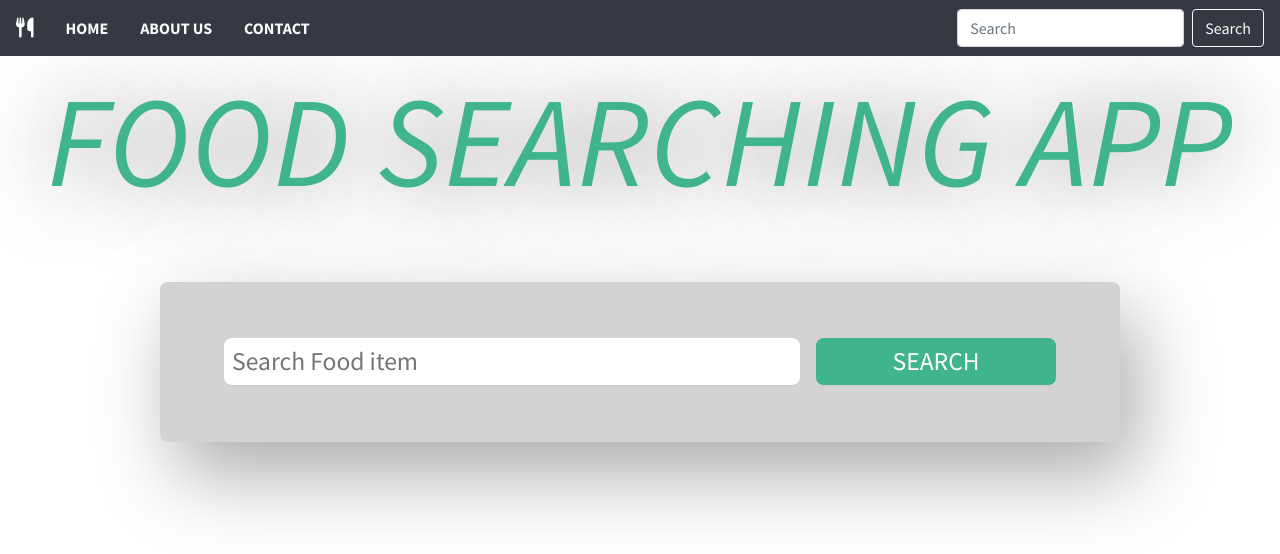
Repository: priyavmehta/React-Food-Recipe-App
Page: /
These files come from the project's save history. The page is drawn as it stood at one moment and after the next save; the edit follows.
The browser window is 1280 px wide. The pictures show the whole page.
Some web libraries are served in a nearby version. The project was rebuilt for these pictures with package versions that can differ from the ones it lists, and the page was loaded fresh each time. Also part of the build but not shown: src/Components/RecipeDetails.js, src/Components/Recipe.js, src/Components/Alert.js.

Above is the page before, as saved 2020-07-11 22:39:33.

### public/index.html
<!DOCTYPE html>
<html lang="en">
  <head>
    <meta charset="utf-8" />
    <link rel="icon" href="%PUBLIC_URL%/favicon.ico" />
    <meta name="viewport" content="width=device-width, initial-scale=1" />
    <meta name="theme-color" content="#000000" />
    <meta
      name="description"
      content="Web site created using create-react-app"
    />
    <link rel="apple-touch-icon" href="%PUBLIC_URL%/logo192.png" />
    <link rel="manifest" href="%PUBLIC_URL%/manifest.json" />

    <script src="https://kit.fontawesome.com/c3f9cf1e2c.js" crossorigin="anonymous"></script>

    <link rel="stylesheet" href="https://stackpath.bootstrapcdn.com/bootstrap/4.3.1/css/bootstrap.min.css" integrity="sha384-ggOyR0iXCbMQv3Xipma34MD+dH/1fQ784/j6cY/iJTQUOhcWr7x9JvoRxT2MZw1T" crossorigin="anonymous">
    <script src="https://code.jquery.com/jquery-3.3.1.slim.min.js" integrity="sha384-q8i/X+965DzO0rT7abK41JStQIAqVgRVzpbzo5smXKp4YfRvH+8abtTE1Pi6jizo" crossorigin="anonymous"></script>
<script src="https://cdnjs.cloudflare.com/ajax/libs/popper.js/1.14.7/umd/popper.min.js" integrity="sha384-UO2eT0CpHqdSJQ6hJty5KVphtPhzWj9WO1clHTMGa3JDZwrnQq4sF86dIHNDz0W1" crossorigin="anonymous"></script>
<script src="https://stackpath.bootstrapcdn.com/bootstrap/4.3.1/js/bootstrap.min.js" integrity="sha384-JjSmVgyd0p3pXB1rRibZUAYoIIy6OrQ6VrjIEaFf/nJGzIxFDsf4x0xIM+B07jRM" crossorigin="anonymous"></script>

    <title>Food App</title>
  </head>
  <body>
    <noscript>You need to enable JavaScript to run this app.</noscript>
    <div id="root"></div>
    <!--
      This HTML file is a template.
      If you open it directly in the browser, you will see an empty page.

      You can add webfonts, meta tags, or analytics to this file.
      The build step will place the bundled scripts into the <body> tag.

      To begin the development, run `npm start` or `yarn start`.
      To create a production bundle, use `npm run build` or `yarn build`.
    -->
  </body>
</html>

### src/App.js
import React, { useState } from 'react';
import './App.css';
import RecipeState from './context/recipe/RecipeState';
import Search from './Components/Search';
import { BrowserRouter as Router, Switch, Route } from 'react-router-dom'
import Navbar from './Components/Navbar';

const App = () => {

  return (
    <RecipeState>
      <Router>
      <Navbar />
        <div className="App">

          <Search/>
        </div>
      </Router>
    </RecipeState>
  );
}

export default App;

### src/App.css
@import url("https://fonts.googleapis.com/css?family=Source+Sans+Pro:300,300i,400,400i,600,600i,700&display=swap");

* {
  font-family: "Source Sans Pro", sans-serif;
  margin: 0;
  padding: 0;
  text-decoration: none;
  list-style-type: none;
  outline: none;
}

.App {
  display: flex;
  flex-direction: column;
  align-items: center;
}

h1 {
  font-size: 8rem;
  letter-spacing: 0.1rem;
  font-style: italic;
  color: #40b48e;
  text-shadow: 0 0.2rem 5rem rgb(119, 115, 115);
  text-transform: uppercase;
  margin: 4rem 0;
}

.search-form {
  width: 60rem;
  height: 10rem;
  display: flex;
  justify-content: center;
  align-items: center;
  background-color: #d3d3d3;
  border-radius: 0.5rem;
  margin-bottom: 5rem;
  box-shadow: 1rem 2rem 5rem #aaa;
  position: relative;
}

.alert {
  /*position: absolute;*/
  top: -3rem;
  left: 0;
  background-color: rgb(233, 72, 72);
  width: calc(100% - 0.4rem);
  border-radius: 0.5rem;
  padding: 0.2rem;
}

.alert h3 {
  font-size: 1.8rem;
  color: #fff;
  font-weight: 400;
  text-transform: uppercase;
  text-align: center;
}

.search-form input {
  font-size: 1.6rem;
  border: none;
  border-bottom: 0.1rem solid #ccc;
  margin: 0 0.5rem;
  border-radius: 0.5rem;
  height: 3rem;
}

.search-form input[type="text"] {
  padding: 0 0.5rem;
  width: 60%;
  color: #555;
}

.search-form input[type="submit"] {
  width: 25%;
  text-transform: uppercase;
  background-color: #40b48e;
  color: #fff;
}

.recipes {
  width: 90%;
  display: flex;
  align-items: center;
  flex-wrap: wrap;
  justify-content: center;
  align-items: flex-start;
}

.recipe {
  width: 30rem;
  margin: 3rem;
  display: flex;
  flex-direction: column;
  background-color: #d3d3d3;
  padding: 2rem;
  position: relative;
  border-radius: 0.5rem;
  box-shadow: 2rem 3rem 5rem #aaa;
}

.recipe h2 {
  background-color: rgba(161, 161, 161, 0.7);
  border-radius: 0.5rem;
  padding: 0.3rem 0.5rem;
  position: absolute;
  top: 2.5rem;
  left: 2.5rem;
  right: 2.5rem;
  font-size: 2.5rem;
  font-weight: 400;
  text-shadow: 0 0.5rem 0.5rem #555;
  color: #fff;
}

.recipe img {
  border-radius: 0.5rem;
  object-fit: cover;
}

.recipe a {
  font-size: 1.8rem;
  color: #40b48e;
}

/* .recipe button {
  font-size: 2rem;
  text-transform: uppercase;
  color: #fff;
  background-color: #40b48e;
  border: none;
  border-radius: 0.5rem;
  height: 3rem;
} */

.ingredient-list {
  margin-top: 1rem;
  background-color: #f0f0f0;
  border-radius: 0.5rem;
  padding: 0.5rem;
}

.ingredient-list li {
  margin: 0.5rem 0;
}

.ingredient-text {
  font-size: 1.5rem;
  color: #888;
}

.ingredient-weight {
  color: #40b48e;
  font-size: 1.3rem;
}

.fas {
  color: white;
}

/* .navbar {
  display: flex; */
  /*justify-content: space-between;
  align-items: center;
  padding: 0.7rem 2rem;
  z-index: 1;
  width: 100%;
  opacity: 0.9;
  margin-bottom: 1rem;
}

.navbar ul {
  display: flex;

}

.navbar a {
  color: #fff;
  padding: 0.45rem;
  margin: 0 0.25rem;
  background-color: black;
}

.navbar a:hover {
  color: var(--light-color);
}

.navbar .welcome span {
  margin-right: 0.6rem;
}


.bg-primary {
  background: var(--primary-color);
  color: #fff;
} */

### src/context/recipe/RecipeState.js
import React, { useReducer, useState, useEffect } from 'react'
import recipeContext from './recipeContext'
import recipeReducer from './recipeReducer';
import axios from 'axios'
import {SEARCH_RECIPE, SET_ALERT, REMOVE_ALERT, SET_HOME_PAGE} from '../types'

const RecipeState = (props) => {

    const initialState = {

        recipes : [],
        alert : ""
    };

    const home_recipes = []

    const [state, dispatch] = useReducer(recipeReducer, initialState);

    const YOUR_APP_ID = 'a232e31f';
    const YOUR_APP_KEY = 'd3cfbfb089b421a6f5135d309faa2604';

    // useEffect(async () => {
    //     const dosa = await axios.get(`https://api.edamam.com/search?q=dosa&app_id=${YOUR_APP_ID}&app_key=${YOUR_APP_KEY}`)
    //     const dosa_results = dosa.data.hits;
    //     home_recipes.push(dosa_results[5])
    //     home_recipes.push(dosa_results[9])

    //     const data = await axios.get(`https://api.edamam.com/search?q=pav&app_id=${YOUR_APP_ID}&app_key=${YOUR_APP_KEY}`)
    //     const results = data.data.hits;
    //     home_recipes.push(results[0])
    //     home_recipes.push(results[1])

    //     dispatch({type : SET_HOME_PAGE, payload : home_recipes})
    //     console.log("All Done")
    //     console.log(state.recipes)
    // }, [])

    const getData = async (text) => {
        if (text !== ''){
            const url = `https://api.edamam.com/search?q=${text}&app_id=${YOUR_APP_ID}&app_key=${YOUR_APP_KEY}`
            const data = await axios.get(url);
            if (!data.data.more){
                return (
                    dispatch({type : SET_ALERT, payload : "Such a food item is not available.."}),
                    setTimeout (() => dispatch({ type : REMOVE_ALERT }), 5000)
                )
            }
            dispatch({type: SEARCH_RECIPE, payload: data.data.hits})
            console.log(state.recipes)
        } else {
            dispatch ({type : SET_ALERT, payload: "Please enter something"})
            setTimeout (() => dispatch({ type : REMOVE_ALERT }), 5000)
        }

    }

    const getIndian = async () => {

    }

    return <recipeContext.Provider value = {{
            getData,
            recipes: state.recipes,
            alert : state.alert
        }
    }
    >
        {props.children}
    </recipeContext.Provider>
}

export default RecipeState

### src/Components/Search.js
import React, {Fragment, useContext, useState} from 'react'
import recipeContext from '../context/recipe/recipeContext'
import Recipe from './Recipe'
import Alert from './Alert'

const Search = () => {

    const [query, setQuery] = useState("")

    const RecipeContext = useContext(recipeContext)
    const {getData, recipes, alert} = RecipeContext

    const changeQuery = (event) => setQuery(event.target.value)

    const onSubmitQuery = (event) => {
        event.preventDefault()
        getData(query)
        setQuery("")
    }

    return (
        <Fragment>
            <h1 >Food Searching App</h1>
            { alert !== "" && <Alert/>}
            <form className = "search-form" onSubmit = {onSubmitQuery}>
                <input type="text" placeholder = "Search Food item" autoComplete = "off" onChange = {changeQuery} value = {query} />
                <input type = "submit" value = "Search" />
            </form>
            <div className = "recipes">
                {
                    recipes !== [] && (
                        recipes.map(recipe => <Recipe recipe = {recipe}/>)
                    )
                }
            </div>
        </Fragment>
    )
}

export default Search

### src/Components/Navbar.js
import React from 'react'
import PropTypes from 'prop-types'
import { Link } from 'react-router-dom'

const Navbar = ({icon, title}) => {

    return (
        <nav className="navbar navbar-expand-md navbar-light bg-dark fixed-top">
            <a className="navbar-brand"><i className="fas fa-utensils"></i></a>
            <button type="button" className="navbar-toggler bg-light" data-toggle="collapse" data-target="#nav">
                <span className="navbar-toggler-icon"></span>
            </button>
             <div className="collapse navbar-collapse justify-content-between" id="nav">
                <ul className="navbar-nav">
                    <li className="nav-item" >
                        <a className="nav-link text-light font-weight-bold px-3" href="#">HOME</a>
                    </li>
                    <li className="nav-item">
                        <a className="nav-link text-light font-weight-bold px-3" href="#">ABOUT US</a>
                    </li>
                    <li className="nav-item">
                        <a className="nav-link text-light font-weight-bold px-3" href="#">CONTACT</a>
                    </li>
                </ul>
                <form class="form-inline">
                    <input class="form-control mr-sm-2" type="search" placeholder="Search" aria-label="Search"/>
                    <button class="btn btn-outline-light my-2 my-sm-0" type="submit">Search</button>
                </form>

            </div>

        </nav>
    )
}

Navbar.defaultProps = {
    title : "Food App",
    icon : "fab fa-github"
};

Navbar.propTypes = {
    title : PropTypes.string.isRequired,
    icon : PropTypes.string.isRequired
};

export default Navbar

### src/context/recipe/recipeContext.js
import { createContext } from 'react'

const recipeContext = createContext()

export default recipeContext

### src/context/recipe/recipeReducer.js
import {SEARCH_RECIPE, SET_ALERT, REMOVE_ALERT, SET_HOME_PAGE} from '../types'

export default (state, action) => {
    switch(action.type){
        case SET_HOME_PAGE:
            return{
                ...state,
                recipes : action.payload
            }
        case REMOVE_ALERT:
            return{
                ...state,
                alert: ""
            }
        case SET_ALERT:
            return{
                ...state,
                alert: action.payload
            }
        case SEARCH_RECIPE:
            return {
                ...state,
                recipes : action.payload,
                alert: ""
            }
        default:
            return state
    }
}

### src/context/types.js
export const SEARCH_RECIPE = "SEARCH_RECIPE";
export const CHANGE_QUERY = "CHANGE_QUERY";
export const SET_ALERT = "SET_ALERT";
export const REMOVE_ALERT = "REMOVE_ALERT";
export const SET_HOME_PAGE = "SET_HOME_PAGE";

Loaded but not shown: src/index.js (common file); src/index.css (common file); src/serviceWorker.js (common file)

After the next save:
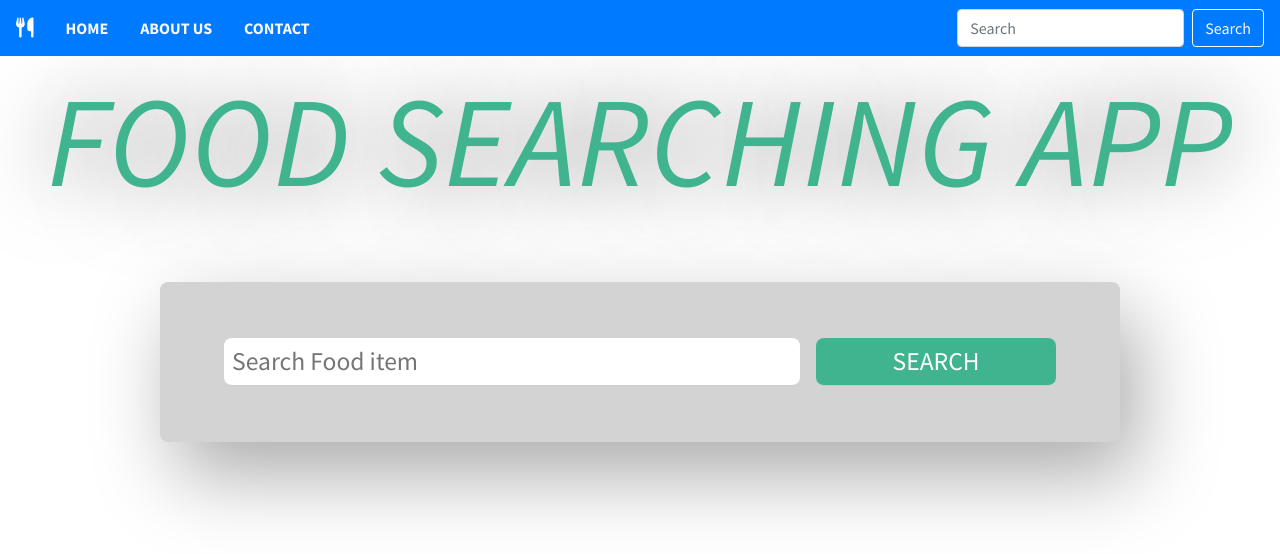
Saved 45 s later.
--- a/src/Components/Navbar.js
+++ b/src/Components/Navbar.js
@@ -5,7 +5,7 @@
 const Navbar = ({icon, title}) => {
 
     return (
-        <nav className="navbar navbar-expand-md navbar-light bg-dark fixed-top">
+        <nav className="navbar navbar-expand-md navbar-dark bg-primary fixed-top">
             <a className="navbar-brand"><i className="fas fa-utensils"></i></a>
             <button type="button" className="navbar-toggler bg-light" data-toggle="collapse" data-target="#nav">
                 <span className="navbar-toggler-icon"></span>

After the 3 saves that followed:
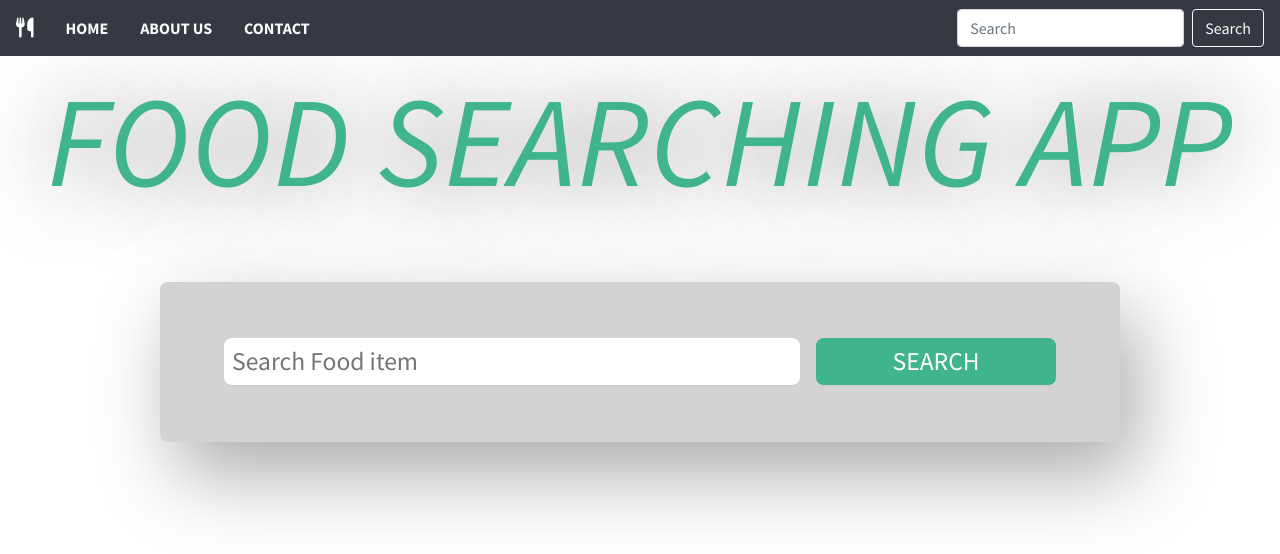
The 3 saves are shown as one change because 2 left the picture as it was.
The last was saved 2 min 19 s later.
--- a/src/Components/Navbar.js
+++ b/src/Components/Navbar.js
@@ -5,7 +5,7 @@
 const Navbar = ({icon, title}) => {
 
     return (
-        <nav className="navbar navbar-expand-md navbar-dark bg-primary fixed-top">
+        <nav className="navbar navbar-expand-md navbar-light bg-dark fixed-top">
             <a className="navbar-brand"><i className="fas fa-utensils"></i></a>
             <button type="button" className="navbar-toggler bg-light" data-toggle="collapse" data-target="#nav">
                 <span className="navbar-toggler-icon"></span>
